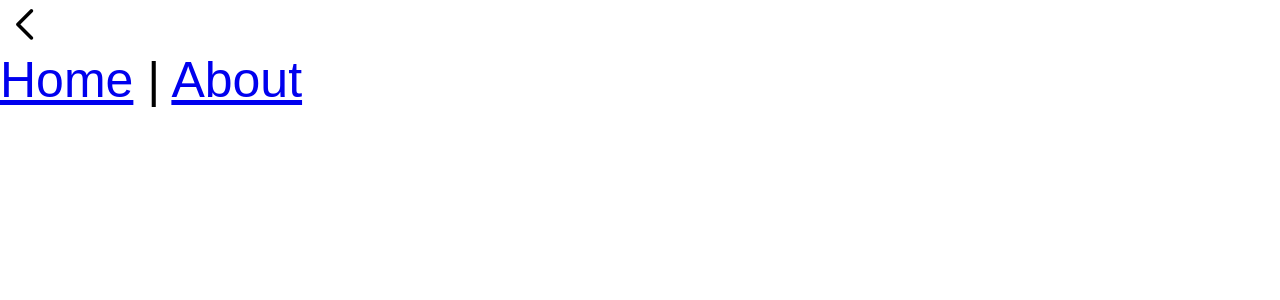
Repository: XiaohuiYin/practice-ebook-reader
Page: /ebook
These files come from the project's save history. The page is drawn as it stood at one moment and after the next save; the edit follows.
The browser window is 1280 px wide. The pictures show the whole page.
The project was rebuilt for these pictures with package versions that can differ from the ones it lists, and the page was loaded fresh each time. Also part of the build but not shown: src/components/HelloWorld.vue, src/views/Home.vue.

Above is the page before, as saved 2019-09-14 14:57:07.

### public/index.html
<!DOCTYPE html>
<html lang="en">

<head>
    <meta charset="utf-8">
    <meta http-equiv="X-UA-Compatible" content="IE=edge">
    <meta name="viewport" content="width=device-width,initial-scale=1.0,maximum-scale=1.0,minimum-scale=1.0,user-scalable=no">
    <link rel="icon" href="<%= BASE_URL %>favicon.ico">
    <title>web-reader</title>
</head>

<body>
    <noscript>
      <strong>We're sorry but web-reader doesn't work properly without JavaScript enabled. Please enable it to continue.</strong>
    </noscript>
    <div id="app"></div>
    <!-- built files will be auto injected -->
</body>

</html>

### src/main.js
import Vue from 'vue'
import App from './App.vue'
import router from './router'
import './assets/styles/icon.css'
import './assets/styles/global.scss'

Vue.config.productionTip = false

new Vue({
  router,
  render: h => h(App)
}).$mount('#app')

### src/App.vue
<template>
  <div id="app">
    <span class="icon-back"></span>
    <div id="nav">
      <router-link to="/">Home</router-link> |
      <router-link to="/about">About</router-link>
    </div>
    <router-view/>
  </div>
</template>

<script>
export default {
  name: 'App',
  mounted () {
    // 监听原生DOMContentLoaded事件, 确定页面基础字体大小
    document.addEventListener('DOMContentLoaded', this.fontSizeSet)
  },
  methods: {
    fontSizeSet () { // 设置页面基础字体大小
      const html = document.querySelector('html')
      let fontSize = window.innerWidth / 10
      fontSize = fontSize > 50 ? 50 : fontSize
      // console.log(fontSize)
      html.style.fontSize = fontSize + 'px'
    }
  }
}
</script>

<style lang="scss">

</style>

### src/router.js
import Vue from 'vue'
import Router from 'vue-router'
import Home from './views/Home.vue'
import Ebook from './Ebook'

Vue.use(Router)

export default new Router({
  mode: 'history',
  base: process.env.BASE_URL,
  routes: [{
    path: '/',
    name: 'home',
    component: Home
  },
  {
    path: '/ebook',
    name: 'ebook',
    component: Ebook
  }
  ]
})

### src/assets/styles/icon.css
@font-face {
  font-family: 'sell-icon';
  src:  url('fonts/sell-icon.eot?fuir07');
  src:  url('fonts/sell-icon.eot?fuir07#iefix') format('embedded-opentype'),
    url('fonts/sell-icon.ttf?fuir07') format('truetype'),
    url('fonts/sell-icon.woff?fuir07') format('woff'),
    url('fonts/sell-icon.svg?fuir07#sell-icon') format('svg');
  font-weight: normal;
  font-style: normal;
  font-display: block;
}

[class^="icon-"], [class*=" icon-"] {
  /* use !important to prevent issues with browser extensions that change fonts */
  font-family: 'sell-icon' !important;
  speak: none;
  font-style: normal;
  font-weight: normal;
  font-variant: normal;
  text-transform: none;
  line-height: 1;

  /* Better Font Rendering =========== */
  -webkit-font-smoothing: antialiased;
  -moz-osx-font-smoothing: grayscale;
}

.icon-menu:before {
  content: "\e90a";
}
.icon-share .path1:before {
  content: "\e90b";
  color: rgb(88, 88, 88);
}
.icon-share .path2:before {
  content: "\e90c";
  margin-left: -1em;
  color: rgb(89, 89, 89);
}
.icon-more:before {
  content: "\e90d";
}
.icon-cart:before {
  content: "\e90e";
}
.icon-bright:before {
  content: "\e90f";
}
.icon-progress:before {
  content: "\e910";
}
.icon-person:before {
  content: "\e911";
}
.icon-back:before {
  content: "\e912";
}

### src/assets/styles/global.scss
@import 'reset';
// 1 rem = fontSize px
// 1 px = (1 / fontSize) rem
$fontSize: 37.5;
@function px2rem($px) {
    @return ($px / $fontSize)+rem
}

@mixin center() {
    display: flex;
    justify-content: center;
    align-items: center;
}

### src/Ebook.vue
<template>
  <div class=''></div>
</template>

<script>

export default {
  name: '',
  props: {

  },
  data () {
    return {

    }
  }
}
</script>

<style lang='scss' scoped>
@import 'assets/styles/global'

</style>

### src/assets/styles/reset.scss
/* http://meyerweb.com/eric/tools/css/reset/
   v2.0 | 20110126
   License: none (public domain)
*/

html,
body,
div,
span,
applet,
object,
iframe,
h1,
h2,
h3,
h4,
h5,
h6,
p,
blockquote,
pre,
a,
abbr,
acronym,
address,
big,
cite,
code,
del,
dfn,
em,
img,
ins,
kbd,
q,
s,
samp,
small,
strike,
strong,
sub,
sup,
tt,
var,
b,
u,
i,
center,
dl,
dt,
dd,
ol,
ul,
li,
fieldset,
form,
label,
legend,
table,
caption,
tbody,
tfoot,
thead,
tr,
th,
td,
article,
aside,
canvas,
details,
embed,
figure,
figcaption,
footer,
header,
hgroup,
menu,
nav,
output,
ruby,
section,
summary,
time,
mark,
audio,
video {
    margin: 0;
    padding: 0;
    border: 0;
    font-size: 100%;
    font: inherit;
    vertical-align: baseline;
}


/* HTML5 display-role reset for older browsers */

article,
aside,
details,
figcaption,
figure,
footer,
header,
hgroup,
menu,
nav,
section {
    display: block;
}

body {
    line-height: 1;
}

ol,
ul {
    list-style: none;
}

blockquote,
q {
    quotes: none;
}

blockquote:before,
blockquote:after,
q:before,
q:after {
    content: '';
    content: none;
}

table {
    border-collapse: collapse;
    border-spacing: 0;
}

html,
body {
    width: 100%;
    height: 100%;
    font-family: 'PingFangSC-Light', 'PingFang SC', 'STHeitiSC-Light', 'Helvetica-Light', 'Arial', 'sans-serif';
}

After the next save:
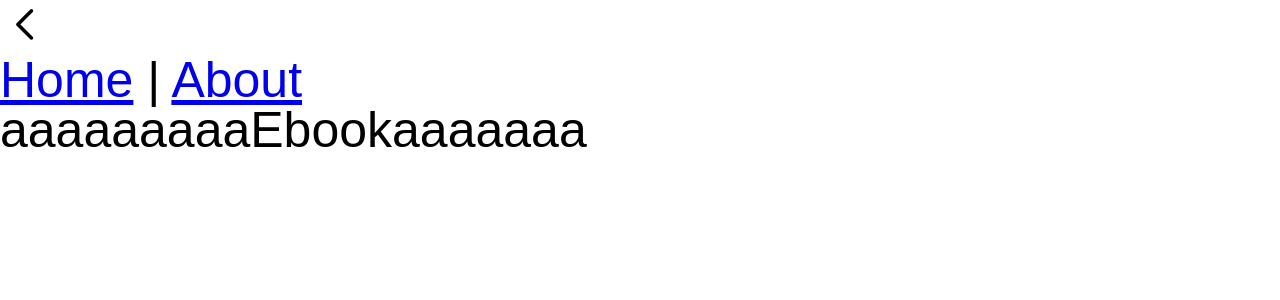
Saved 57 s later.
--- a/src/Ebook.vue
+++ b/src/Ebook.vue
@@ -1,5 +1,7 @@
 <template>
-  <div class=''></div>
+  <div class=''>
+    aaaaaaaaaEbookaaaaaaa
+  </div>
 </template>
 
 <script>
